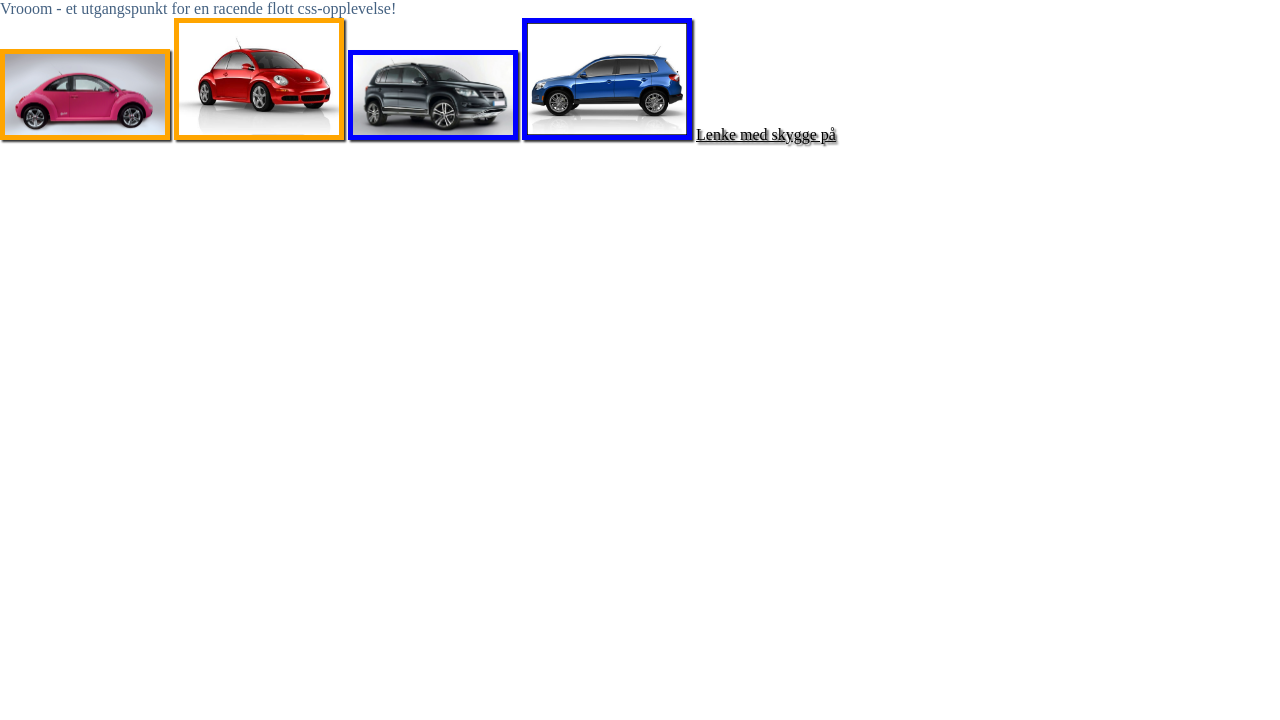
Repository: mesan/css-kurs
Page: kode/wroom/index.html
These files come from the project's save history. The page is drawn as it stood at one moment and after the next save; the edit follows.
The browser window is 1280 px wide. The pictures show the whole page.

Above is the page before, as saved 2013-01-21 20:35:22.

After the next save:
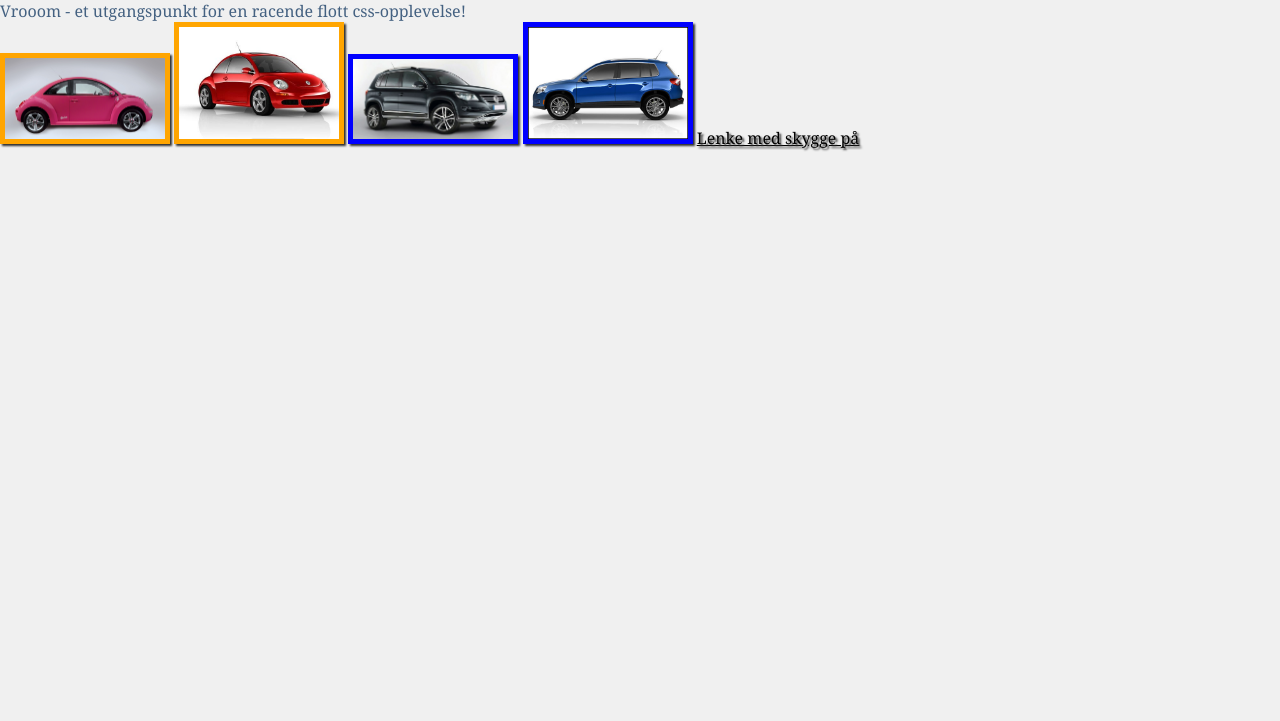
Saved 3 min 2 s later.
--- a/kode/wroom/styles/examples.css
+++ b/kode/wroom/styles/examples.css
@@ -1,3 +1,22 @@
+
+html{
+    margin-bottom: 1px;
+    min-height: 100%;
+}
+body {
+    background: #F0F0F0;
+    color: #444;
+    font-family: Georgia, serif;
+    font-size: 62.5%;
+}
+html>body {
+    font-size: 16px;
+}
+p, blockquote, footer {
+    font-size: 1em;
+    line-height: 1.5;
+}
+
 /****************
  * Nesting and grouping
  ****************/
